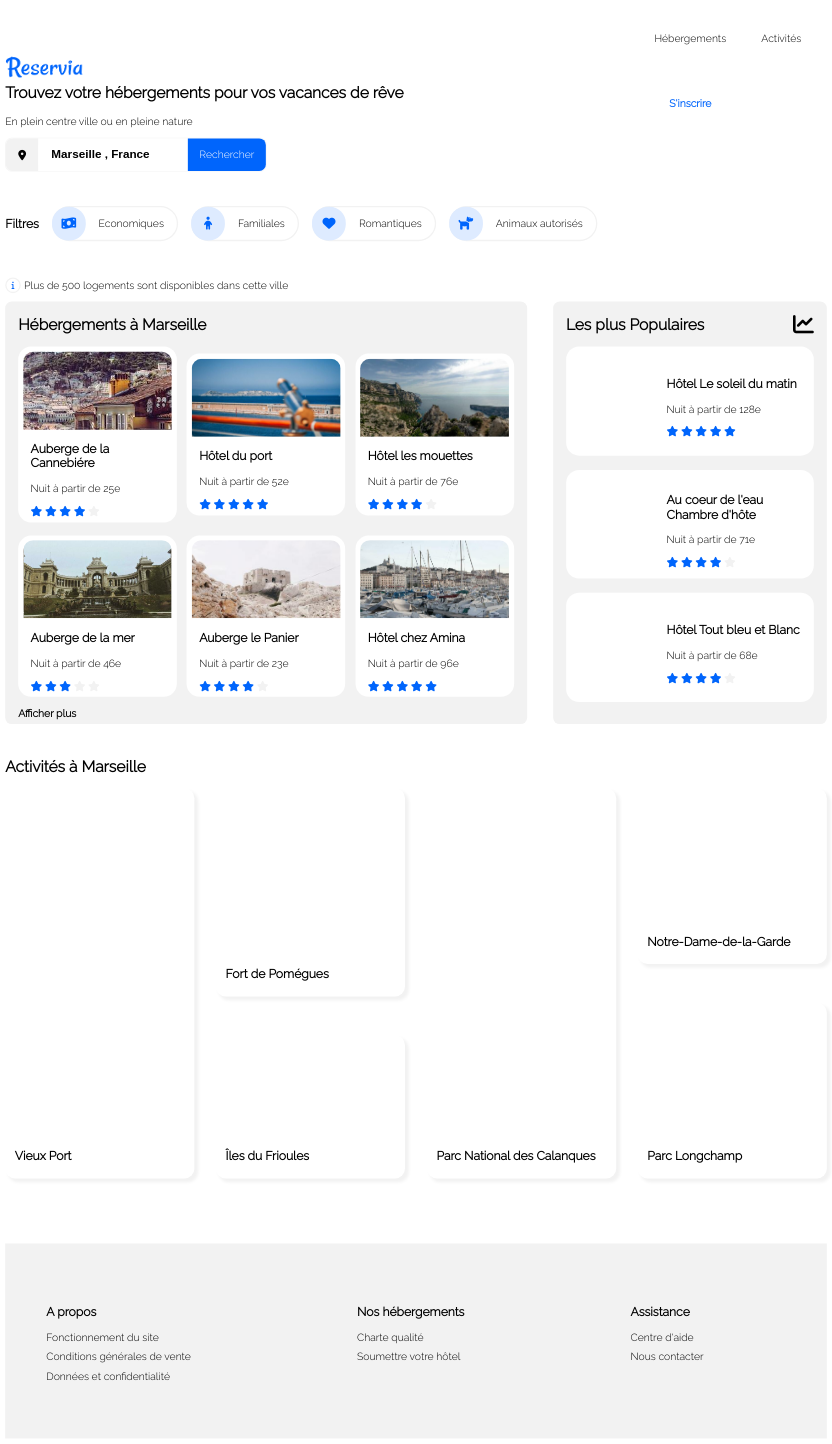
Repository: jaydeeonghub/DYLANBARBARISI_2_16062021
Page: index.html
An editor plug-in stored every save of this project. The page is shown before and after the next save, followed by the edit.
The browser window is 1280 px wide. The pictures show the whole page, at 65% of full size.
Some web libraries are served in a nearby version.

Above is the page before, as saved 2021-07-14 20:31:33.

After the next save:
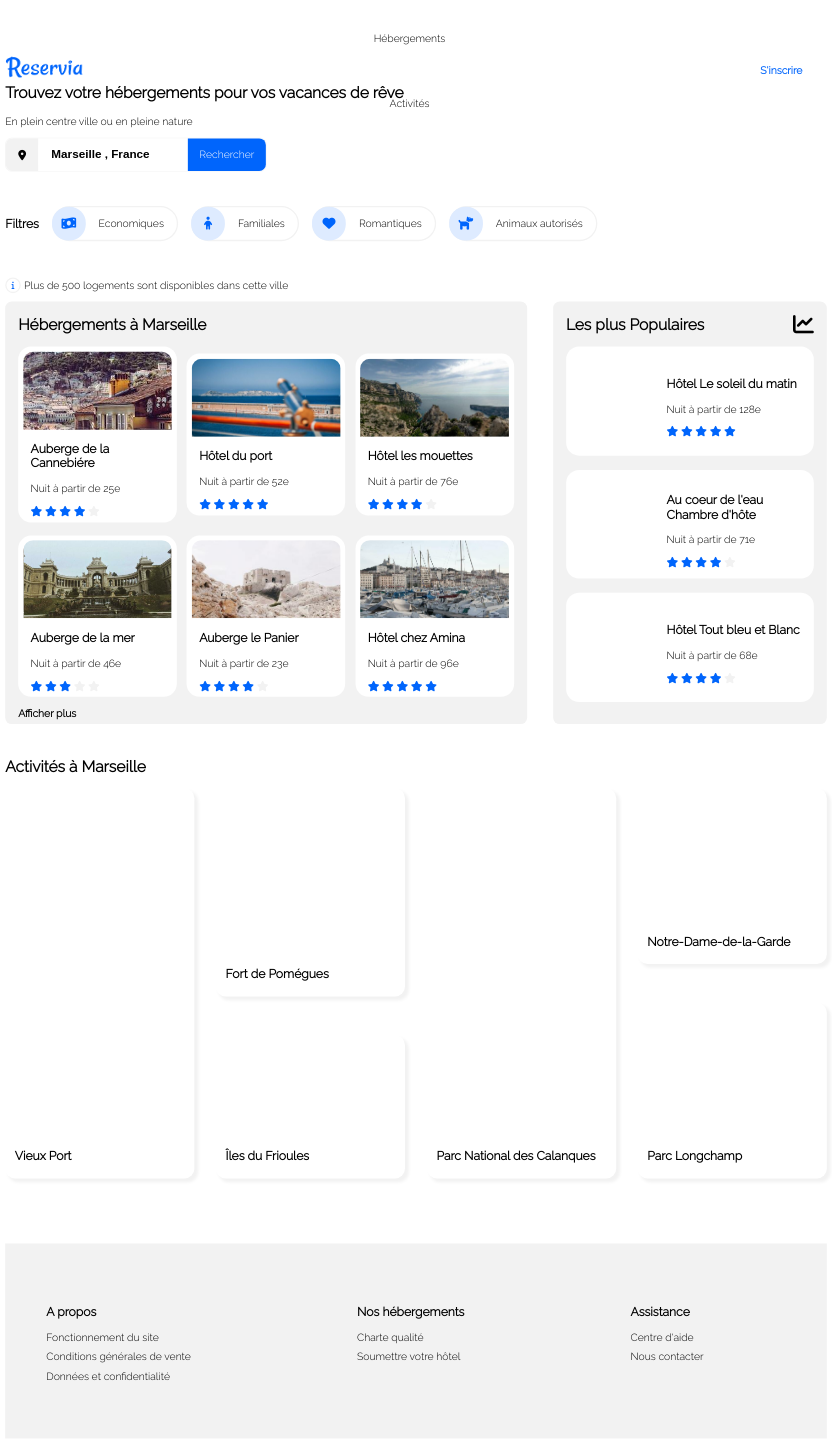
Saved 3 min 12 s later.
--- a/index.html
+++ b/index.html
@@ -24,8 +24,8 @@
           height="50px"
         />
       </div>
-      <div>
-      <div class=" flexCentre">
+      <div class="flex"
+      <div class="flexCentre">
         <div class="sizeLien flexCentre bordureNav">
           <a class="colorLien2 decorationNone" href="#hebergements"
             >Hébergements</a

After the save that followed:
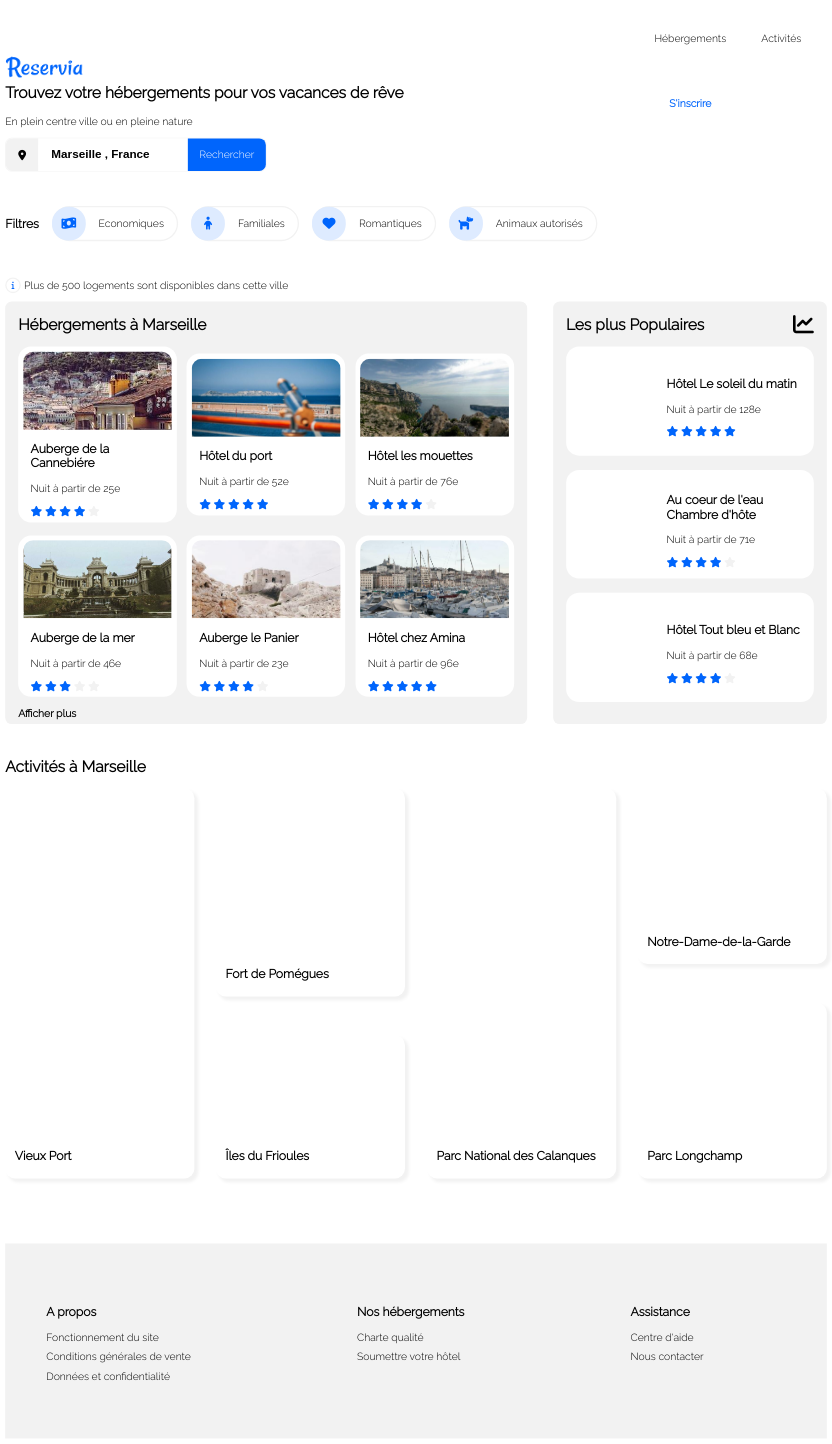
Saved 26 s later.
--- a/index.html
+++ b/index.html
@@ -24,7 +24,7 @@
           height="50px"
         />
       </div>
-      <div class="flex"
+      <div class="flex">
       <div class="flexCentre">
         <div class="sizeLien flexCentre bordureNav">
           <a class="colorLien2 decorationNone" href="#hebergements"
